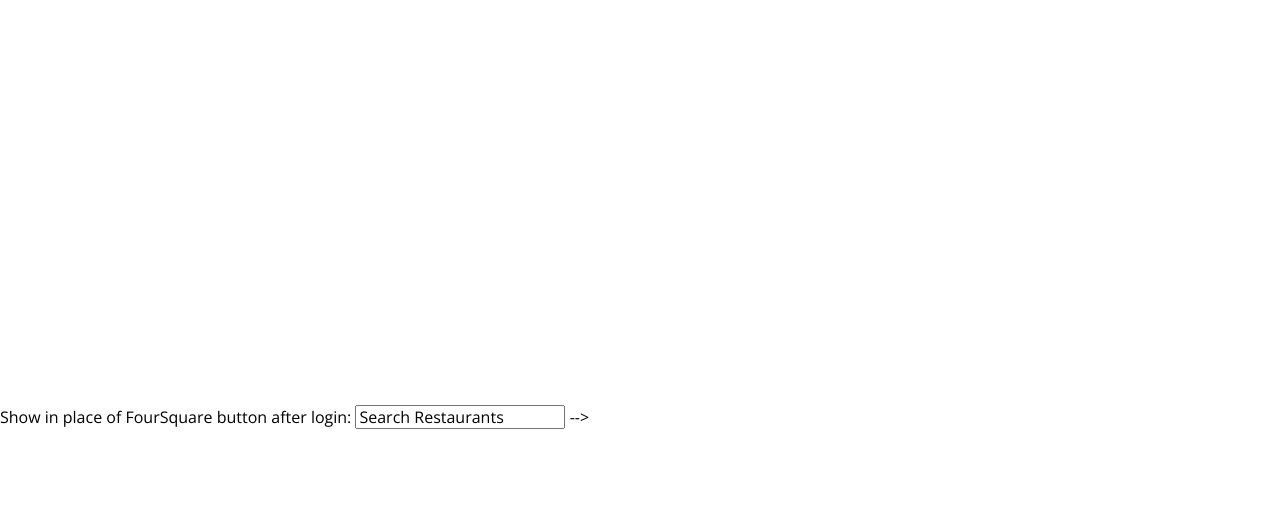
Repository: VioletteTrue/Prototyping
Page: web-app1/index.html
The author's editor kept a record of every edit. The page is drawn from the files as they stood at one moment, then again after the next edit.
The browser window is 1280 px wide. The pictures show the whole page.
Some web libraries are served in a nearby version.

Above is the page before.

### web-app1/index.html
<!DOCTYPE html>
<html lang="en">
	<head>
		<meta charset="UTF-8">
		<title>Knife & Fork</title>
		<link rel="stylesheet" href="//cdnjs.cloudflare.com/ajax/libs/normalize/3.0.2/normalize.min.css">
		<link rel="stylesheet" href="css/main.css">
		<link href='http://fonts.googleapis.com/css?family=Open+Sans' rel='stylesheet' type='text/css'>
	</head>
	<body>
		<div class="wrapper">
			<header>
				<h1>A KNIFE A FORK <BR>A BOTTLE AND A CORK</h1>
				<a class="btn" href="search.html">SIGN IN</a>

			</header>
			<div>


					Show in place of FourSquare button after login:
					<input type="text" value="Search Restaurants">
				-->
			</div>
		</div> <!-- /.wrapper -->

	</body>
</html>

### web-app1/css/main.css


/* ------- */
/* General */
/* ------- */


body {
	line-height: 1.2;
	font-family: 'Open Sans', sans-serif;
	font-size: 1em;

}
p {
	font-size:2em;
	margin-left:10px;
	margin-top:0px;
	margin-bottom:0px;
}
h1 {
	font-weight: 100;
	font-size: 8em;
	margin-top: 20px;
	margin-bottom: 20px;
	color:#fff;
	line-height: .9em;
}
h2 {
	font-size: 6em;
	margin-bottom: 0px;
}
h3 {
	font-size: 4em;
	margin-bottom: 0px;
	margin-top:0px;
}

.wrapper {
	max-width: 650%;
	margin: auto;

}
.wrapper-nested {
	margin: 20px;
	padding: 20px;
}
.wrapper-signin {
	margin-top:80px;
	padding:0px;

}

img {
	max-width: 100%;
	border-radius: 5px;
}

.placeholder {
	background-color: none;
}
.type {
	text-align:center;
}


/* ---------- */
/* Typography */
/* ---------- */





/* ------ */
/* Header */
/* ------ */




/* --- */
/* Nav */
/* --- */

a {
	text-decoration:none;
	color:white;
}
ul a:hover {
	color: #002A4A;

}
ul {
	list-style-type: none;
	padding-left: 0;
}
nav ul li {
	text-align:right;
	font-size:7em;
	color:white;
	font-family: 'Open Sans', sans-serif;
	font-weight:800;
	margin: 0 0 0 0;
	padding:0px;
}
.nav-right ul li{
	font-family: 'Open Sans', sans-serif;
	font-weight:400;
	font-size: 2em;
	display: inline-block;
	line-height:.8em;
	padding: 20px;
}
.navbackground-red {
	background-color:#CD4D07;
    -webkit-box-shadow: 0px -6px 8px rgba(50, 50, 50, 0.50);
    -moz-box-shadow:    0px -6px 8px rgba(50, 50, 50, 0.50);
    box-shadow:         0px -6px 8px rgba(50, 50, 50, 0.50);
}
.navbackground-grn {
	background-color:#A7C520;
    -webkit-box-shadow: 0px -6px 8px rgba(50, 50, 50, 0.50);
    -moz-box-shadow:    0px -6px 8px rgba(50, 50, 50, 0.50);
    box-shadow:         0px -6px 8px rgba(50, 50, 50, 0.50);
}
.navbackground-blu {
	background-color:#0A5C9C;
    -webkit-box-shadow: 0px -6px 8px rgba(50, 50, 50, 0.50);
    -moz-box-shadow:    0px -6px 8px rgba(50, 50, 50, 0.50);
    box-shadow:         0px -6px 8px rgba(50, 50, 50, 0.50);
}
.navbackground-yellow {
	background-color:#FDDE26;
}


/* ------- */
/* Content */
/* ------- */

i
input[type="placeholder"] {
	text-align: right;
	text-decoration:none;
	background:none;
	width:600px;
	color:#fff;nput[type="text"] {
	border-style:0;

	text-decoration:none;
	background:#FFF1CE;
	color:#FDDE26;
	font-family: 'Open Sans', sans-serif;
	font-weight:800;
	font-size: 3em;
	line-height:1em;
	text-align: right;
	border:0px;
	margin-top:20px;
	width:840px;
}

input[type="submit"] {

	text-decoration:none;
	background:none;
	color:#fff;
	font-family: 'Open Sans', sans-serif;
	font-weight:800;
	font-size: 3em;
	line-height:1em;
	border:0px;
	margin-bottom:40px;
	text-align: right;
	width: 840px;
}


/* ------ */
/* Footer */
/* ------ */



/* ------- */
/* Utility */
/* ------- */

.clearfix:before,
.clearfix:after {
    content: " "; /* 1 */
  display: table; /* 2 */
}

.clearfix:after {
    clear: both;
}

After the next edit:
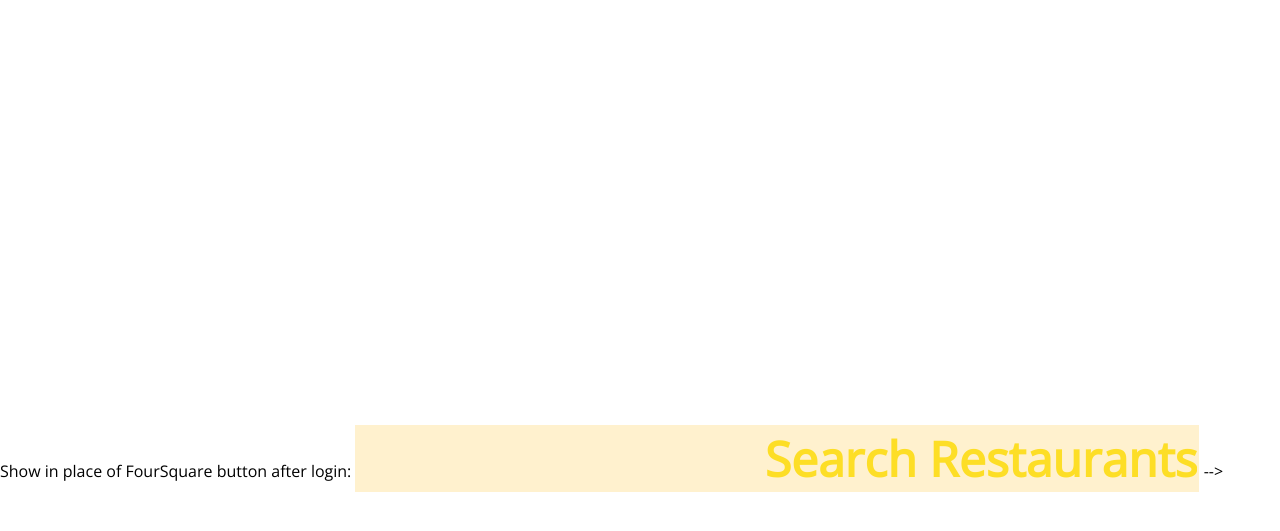
The edit:
--- a/web-app1/css/main.css
+++ b/web-app1/css/main.css
@@ -138,14 +138,7 @@
 /* Content */
 /* ------- */
 
-i
-input[type="placeholder"] {
-	text-align: right;
-	text-decoration:none;
-	background:none;
-	width:600px;
-	color:#fff;nput[type="text"] {
-	border-style:0;
+input[type="text"] {
 
 	text-decoration:none;
 	background:#FFF1CE;
